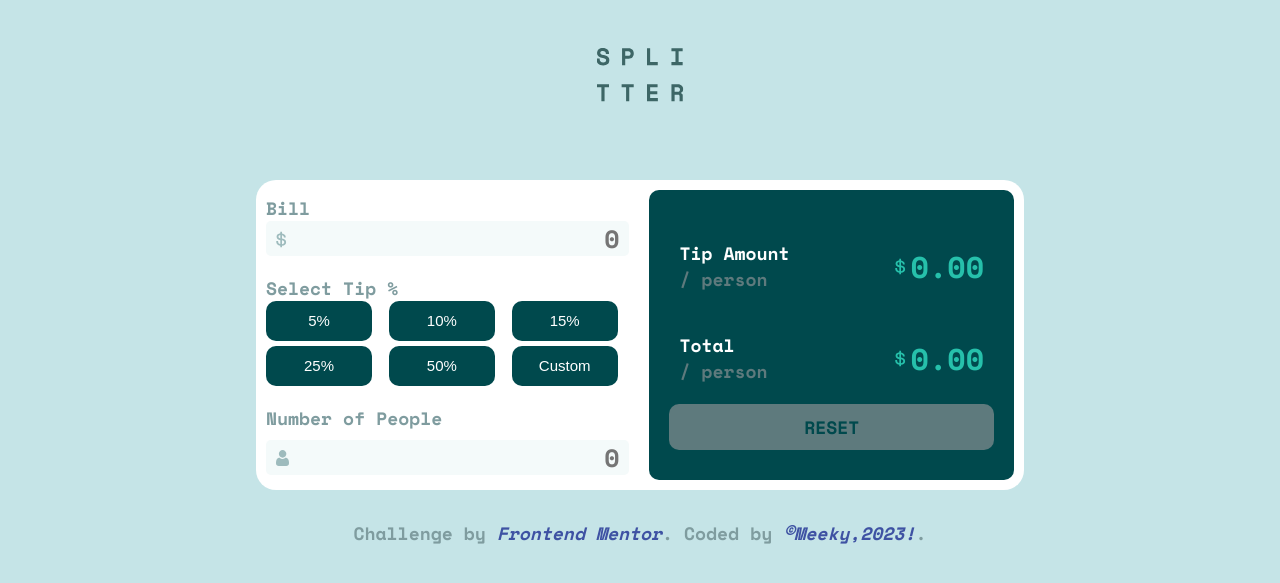
Repository: MeekyBerry/Frontend-Mentor-Challenges
Page: tip-calculator-app/index.html
The author's editor kept a copy of each file at every save. The page is drawn from the files as they stood at one save, then again after the next save.
The browser window is 1280 px wide. The pictures show the whole page.

Above is the page before, as saved 2023-04-05 17:07:47.

### tip-calculator-app/index.html
<!DOCTYPE html>
<html lang="en">

<head>
  <meta charset="UTF-8">
  <meta name="viewport" content="width=device-width, initial-scale=1.0">
  <link rel="icon" type="image/png" sizes="32x32" href="./css/images/favicon-32x32.png">
  <title> Tip calculator app</title>
  <link rel="stylesheet" href="./css/style.css">
  <script src="./script.js" defer></script>
</head>

<body>
  <div class="heading-logo">
    <img src="./css/images/logo.svg" alt="Logo" class="logo">
  </div>

  <form id="form" class="background">
    <div class="first-container">
      <div class="bill-container">
        <label for="bill">Bill</label>
        <input type="number" id="bill" placeholder="0" class="bill-input__img input-bar">
      </div>

      <div class="tip">
        <div>Select Tip %</div>
        <div class="percent-container">
          <button type="button" class="percent five">5%</button>
          <button type="button" class="percent ten">10%</button>
          <button type="button" class="percent fiftheen">15%</button>
          <button type="button" class="percent twenty-five">25%</button>
          <button type="button" class="percent fifty">50%</button>
          <button type="button" class="percent custom" id="cst-btn">Custom</button>
        </div>
      </div <div>
      <div class="people-validate">
        <label for="number">Number of People</label>
        <span id="validate" class="people-zero">Can't be zero</span>
      </div>
      <div class="icon-box">
        <input type="number" id="people" class="people-input__img input-bar" placeholder="0">
      </div>
    </div>
    </div>

    <div class="second-container">
      <div class="amount">
        <p>Tip Amount <span class="person">/ person</span></p>
        <div class="digit">
          <svg xmlns="http://www.w3.org/2000/svg" width="11" height="17">
            <path fill="var(--Strong-cyan)"
              d="M6.016 16.328v-1.464c1.232-.08 2.22-.444 2.964-1.092.744-.648 1.116-1.508 1.116-2.58v-.144c0-.992-.348-1.772-1.044-2.34-.696-.568-1.708-.932-3.036-1.092V4.184c.56.144 1.012.4 1.356.768.344.368.516.816.516 1.344v.288h1.824v-.432c0-.448-.088-.876-.264-1.284a3.783 3.783 0 00-.744-1.116A4.251 4.251 0 007.54 2.9a5.324 5.324 0 00-1.524-.492V.872H4.288V2.36a5.532 5.532 0 00-1.416.324c-.448.168-.84.392-1.176.672-.336.28-.604.616-.804 1.008-.2.392-.3.844-.3 1.356v.144c0 .96.316 1.708.948 2.244.632.536 1.548.884 2.748 1.044v3.912c-.704-.16-1.248-.472-1.632-.936-.384-.464-.576-1.08-.576-1.848v-.288H.256v.576c0 .464.08.924.24 1.38.16.456.404.88.732 1.272.328.392.744.728 1.248 1.008s1.108.476 1.812.588v1.512h1.728zM4.288 7.424c-.688-.128-1.164-.332-1.428-.612-.264-.28-.396-.644-.396-1.092 0-.464.176-.832.528-1.104.352-.272.784-.448 1.296-.528v3.336zm1.728 5.712V9.344c.768.128 1.328.328 1.68.6.352.272.528.688.528 1.248 0 .544-.196.984-.588 1.32-.392.336-.932.544-1.62.624z" />
          </svg>
          <span id="tip-amount" class="amount-span">0.00</span>
        </div>
      </div>

      <div class="amount">
        <p>Total <span class="person">/ person</span></p>
        <div class="digit">
          <svg xmlns="http://www.w3.org/2000/svg" width="11" height="17">
            <path fill="var(--Strong-cyan)"
              d="M6.016 16.328v-1.464c1.232-.08 2.22-.444 2.964-1.092.744-.648 1.116-1.508 1.116-2.58v-.144c0-.992-.348-1.772-1.044-2.34-.696-.568-1.708-.932-3.036-1.092V4.184c.56.144 1.012.4 1.356.768.344.368.516.816.516 1.344v.288h1.824v-.432c0-.448-.088-.876-.264-1.284a3.783 3.783 0 00-.744-1.116A4.251 4.251 0 007.54 2.9a5.324 5.324 0 00-1.524-.492V.872H4.288V2.36a5.532 5.532 0 00-1.416.324c-.448.168-.84.392-1.176.672-.336.28-.604.616-.804 1.008-.2.392-.3.844-.3 1.356v.144c0 .96.316 1.708.948 2.244.632.536 1.548.884 2.748 1.044v3.912c-.704-.16-1.248-.472-1.632-.936-.384-.464-.576-1.08-.576-1.848v-.288H.256v.576c0 .464.08.924.24 1.38.16.456.404.88.732 1.272.328.392.744.728 1.248 1.008s1.108.476 1.812.588v1.512h1.728zM4.288 7.424c-.688-.128-1.164-.332-1.428-.612-.264-.28-.396-.644-.396-1.092 0-.464.176-.832.528-1.104.352-.272.784-.448 1.296-.528v3.336zm1.728 5.712V9.344c.768.128 1.328.328 1.68.6.352.272.528.688.528 1.248 0 .544-.196.984-.588 1.32-.392.336-.932.544-1.62.624z" />
          </svg>
          <span id="total-amount" class="amount-span">0.00</span>
        </div>
      </div>
      <div class="btn-wrapper">
        <button type="reset" id="reset" class="btn">Reset</button>
      </div>
    </div>
  </form>

  <div class="attribution">
    Challenge by <a href="https://www.frontendmentor.io?ref=challenge" target="_blank">Frontend Mentor</a>.
    Coded by <a href="https://www.linkedin.com/in/mikkylanky/" target="_blank">&copy;Meeky,2023!</a>.
  </div>
</body>

</html>

### tip-calculator-app/css/style.css
@import url("https://fonts.googleapis.com/css2?family=Space+Mono:wght@400;700&display=swap");

:root {
  /* ### Primary */
  --Strong-cyan: hsl(172, 67%, 45%);
  /* ### Neutral */
  --Very-dark-cyan: hsl(183, 100%, 15%);
  --Dark-grayish-cyan: hsl(186, 14%, 43%);
  --Grayish-cyan: hsl(184, 14%, 56%);
  --Light-grayish-cyan: hsl(185, 41%, 84%);
  --Very-light-grayish-cyan: hsl(189, 41%, 97%);
  --White: hsl(0, 0%, 100%);
  --dark-blue: hsl(228, 45%, 44%);
}

html {
  font-size: 50%;
}

*,
::before,
::after {
  margin: 0;
  padding: 0;
  box-sizing: border-box;
}

body {
  font-size: 1.8rem;
  font-family: "Space Mono", sans-serif;
  font-weight: 700;
  background-color: var(--Light-grayish-cyan);
  color: var(--Grayish-cyan);
  height: 100%;
  width: 100%;
}

.heading-logo {
  height: 15rem;
  width: 100%;
  position: relative;
}

.logo {
  position: absolute;
  top: 50%;
  left: 50%;
  transform: translate(-50%, -50%);
}

.background {
  display: flex;
  flex-direction: column;
  justify-content: space-around;
  background-color: var(--White);
  height: 80rem;
  width: 90%;
  border-radius: 2rem;
  padding: 0 2rem;
  margin: 0 auto;
}

.people-validate {
  display: flex;
  justify-content: space-between;
  align-items: center;
}

.people-zero {
  color: red;
  font-size: 1.5rem;
  font-weight: 400;
  display: none;
}

label {
  display: block;
}

.input-bar {
  display: flex;
  justify-content: space-between;
  align-items: center;
  width: 100%;
  height: 3.5rem;
  border: none;
  border-radius: .5rem;
  font-size: 2.5rem;
  font-family: "Space Mono", sans-serif;
  font-weight: 700;
  text-align: end;
  padding: 0 1rem 0 3rem;
}

.input-bar:focus {
  outline-color: var(--Strong-cyan);
}

.bill-input__img {
  background: url(../css/images/icon-dollar.svg) no-repeat var(--Very-light-grayish-cyan) 1rem 1rem;
  padding: 0 1rem 0 3rem;
}

.people-input__img {
  background: url(../css/images/icon-person.svg) no-repeat var(--Very-light-grayish-cyan) 1rem 1rem;
  padding: 0 1rem 0 3rem;
}

/* Remove Arrows/Spinners ON INPUT */
input::-webkit-outer-spin-button,
input::-webkit-inner-spin-button {
  -webkit-appearance: none;
}

/* Firefox */
input[type="number"] {
  -moz-appearance: textfield;
}

.tip {
  padding: 1rem 0;
}

.percent-container {
  display: grid;
  grid-template-columns: repeat(2, 1fr);
  grid-template-rows: repeat(3, 1fr);
  grid-template-areas:
    "five ten"
    "fiftheen twentyFive"
    "fifty custom";
  gap: .5rem;
}

.percent {
  background-color: var(--Very-dark-cyan);
  color: var(--White);
  text-align: center;
  border-radius: 1rem;
  border: none;
  font-size: 1.5rem;
  width: 90%;
  height: 4rem;
}

.percent:active {
  background-color: var(--Strong-cyan);
  color: var(--Very-dark-cyan);
  font-weight: 700;
}

.five {
  grid-area: five;
}

.ten {
  grid-area: ten;
}

.fiftheen {
  grid-area: fiftheen;
}

.twenty-five {
  grid-area: twentyFive;
}

.fifty {
  grid-area: fifty;
}

.custom {
  grid-area: custom;
}

.custom-input {
  background-color: var(--Very-light-grayish-cyan);
  color: var(--Very-dark-cyan);
  border: none;
  border-radius: 1rem;
  padding: 0 2rem;
  font-size: 2rem;
  font-weight: 700;
  text-align: end;
  width: 100%;
  height: 100%;
}

.custom-input:focus {
  outline-color: var(--Strong-cyan);
}

.second-container {
  background-color: var(--Very-dark-cyan);
  border-radius: 1rem;
  padding: 3rem 2rem;
}

.amount {
  display: flex;
  justify-content: space-between;
  padding: 2rem 1rem;
}

p {
  color: var(--White);
}

.person {
  display: block;
  font-size: 1.8rem;
  color: var(--Dark-grayish-cyan);
}

.digit {
  display: flex;
  align-items: center;
  justify-content: center;
  gap: .5rem;
}

.amount-span {
  font-size: 3rem;
  color: var(--Strong-cyan);
}

.btn {
  width: 100%;
  padding: 1rem;
  background-color: var(--Dark-grayish-cyan);
  color: var(--Very-dark-cyan);
  border: none;
  border-radius: 1rem;
  text-transform: uppercase;
  font-size: 1.8rem;
  font-weight: 700;
  font-family: "Space Mono", sans-serif;
  -webkit-border-radius: 1rem;
  -moz-border-radius: 1rem;
  -ms-border-radius: 1rem;
  -o-border-radius: 1rem;
}

.attribution {
  font-size: 1.8rem;
  text-align: center;
}

.attribution a {
  color: var(--dark-blue);
  text-decoration: none;
  font-style: italic;
}

@media only screen and (min-width: 900px) {
  html {
    font-size: 62.5%;
  }

  .background {
    width: 60%;
    height: 60%;
    margin: 3rem auto;
    flex-direction: row;
    gap: 2rem;
    padding: 1rem;
  }

  .first-container {
    display: flex;
    flex-direction: column;
    justify-content: space-around;
    flex-basis: 50%;
  }

  .percent-container {
    grid-template-columns: repeat(3, 1fr);
    grid-template-rows: repeat(2, 1fr);
    grid-template-areas:
      "five ten fiftheen"
      "twentyFive fifty custom";
  }

  .second-container {
    display: flex;
    flex-direction: column;
    flex-basis: 50%;
  }

  .btn-wrapper {
    margin-top: auto;
  }
}

### tip-calculator-app/script.js
// 1. Get the bill amount from the input field
const billInput = document.getElementById("bill");
// 2. Get the tip percentage from the Button array
const tipButtons = document.querySelectorAll(".percent");
// 2.1. The percentage array contains a Custom button which toggles to input field when clicked
const customButton = document.querySelector(".custom");
// 2.2. Get the custom percentage from the input field
const customInput = document.createElement("input");
// Add style class to created customInput element
// customInput.classList.add('custom-input');
// 3. Get the number of people from the input field
const peopleInput = document.getElementById("people");
// 4. Calculate the tip amount per person;
const tipAmountSpan = document.getElementById("tip-amount");
// 5. Calculate the total cost per person
const totalAmountSpan = document.getElementById("total-amount");
// 6. Display the tip amount per person
const resetButton = document.getElementById("reset");
const validatePeople = document.getElementById("validate");

let bill = 0;
let tipPercentage = 0;
let customPercentage = 0;
let people = 0;

let inputPeople = false;
let error = true;

// calculate tip and total amount
const calculateTip = () => {
  if (people > 0) {
    inputPeople = true;
    let tip = (bill * (tipPercentage + customPercentage)) / 100;
    let total = bill + tip;
    let tipPerPerson = tip / people;
    let totalPerPerson = total / people;
    tipAmountSpan.textContent = `${tipPerPerson.toFixed(2)}`;
    totalAmountSpan.textContent = `${totalPerPerson.toFixed(2)}`;
    disableReset();
  }
};

// add event listener for bill input
billInput.addEventListener("input", () => {
  bill = Number(billInput.value);
  calculateTip();
  disableReset();
});

// add event listener for people input
peopleInput.addEventListener("input", () => {
  if (peopleInput.value === "0") {
    validatePeople.style.display = "block";
    peopleInput.style.outlineColor = "red";
  } else {
    validatePeople.style.display = "none";
    peopleInput.style.outlineColor = "hsl(172, 67%, 45%)";
    people = Number(peopleInput.value);
    calculateTip();
    disableReset();
  }
});

// add event listeners for tip buttons
tipButtons.forEach((button) => {
  button.addEventListener("click", () => {
    if (button.classList.contains("custom")) {
      customInput.type = "number";
      customInput.value = "";
      customInput.classList.add("custom-input");
      if (button.parentNode) {
        button.parentNode.replaceChild(customInput, button);
        customInput.focus();
      }
    } else {
      tipPercentage = Number(button.textContent.replace("%", ""));
      calculateTip();
    }
  });
});

// add event listener for custom input
customInput.addEventListener("input", () => {
  customPercentage = Number(customInput.value);
  calculateTip();
});

// add event listener for reset button
resetButton.addEventListener("click", () => {
  billInput.value = "";
  peopleInput.value = "";
  tipAmountSpan.textContent = "0.00";
  totalAmountSpan.textContent = "0.00";
  bill = 0;
  tipPercentage = 0;
  customPercentage = 0;
  people = 0;
  if (customInput.parentNode) {
    customInput.parentNode.replaceChild(customButton, customInput);
  }
  resetButton.disabled = true;
  resetButton.style.backgroundColor = "hsl(186, 14%, 43%)";
  validatePeople.style.display = "none";
});

// disable reset button
const disableReset = () => {
  if (billInput.value.trim() === "" && peopleInput.value.trim() === "") {
    resetButton.disabled = true;
    resetButton.style.backgroundColor = "hsl(186, 14%, 43%)";
  } else {
    resetButton.disabled = false;
    resetButton.style.backgroundColor = "hsl(172, 67%, 45%)";
  }
};

After the next save:
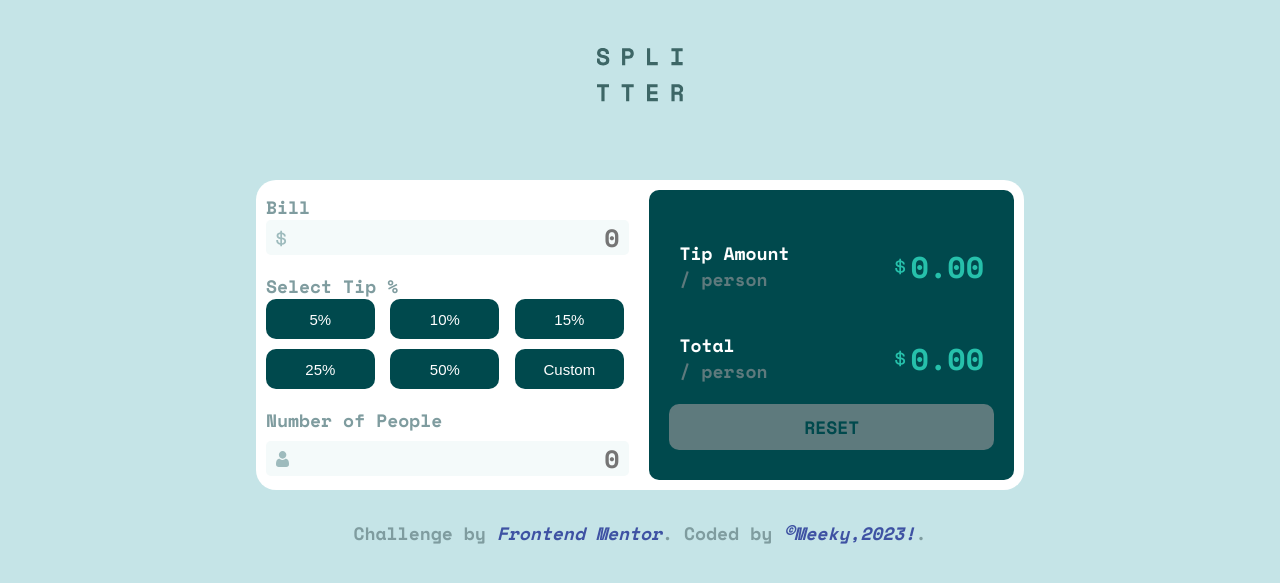
Saved 13 s later.
--- a/tip-calculator-app/css/style.css
+++ b/tip-calculator-app/css/style.css
@@ -129,7 +129,7 @@ input[type="number"] {
     "five ten"
     "fiftheen twentyFive"
     "fifty custom";
-  gap: .5rem;
+  gap: 1rem;
 }
 
 .percent {
@@ -139,7 +139,7 @@ input[type="number"] {
   border-radius: 1rem;
   border: none;
   font-size: 1.5rem;
-  width: 90%;
+  width: 95%;
   height: 4rem;
 }
 
